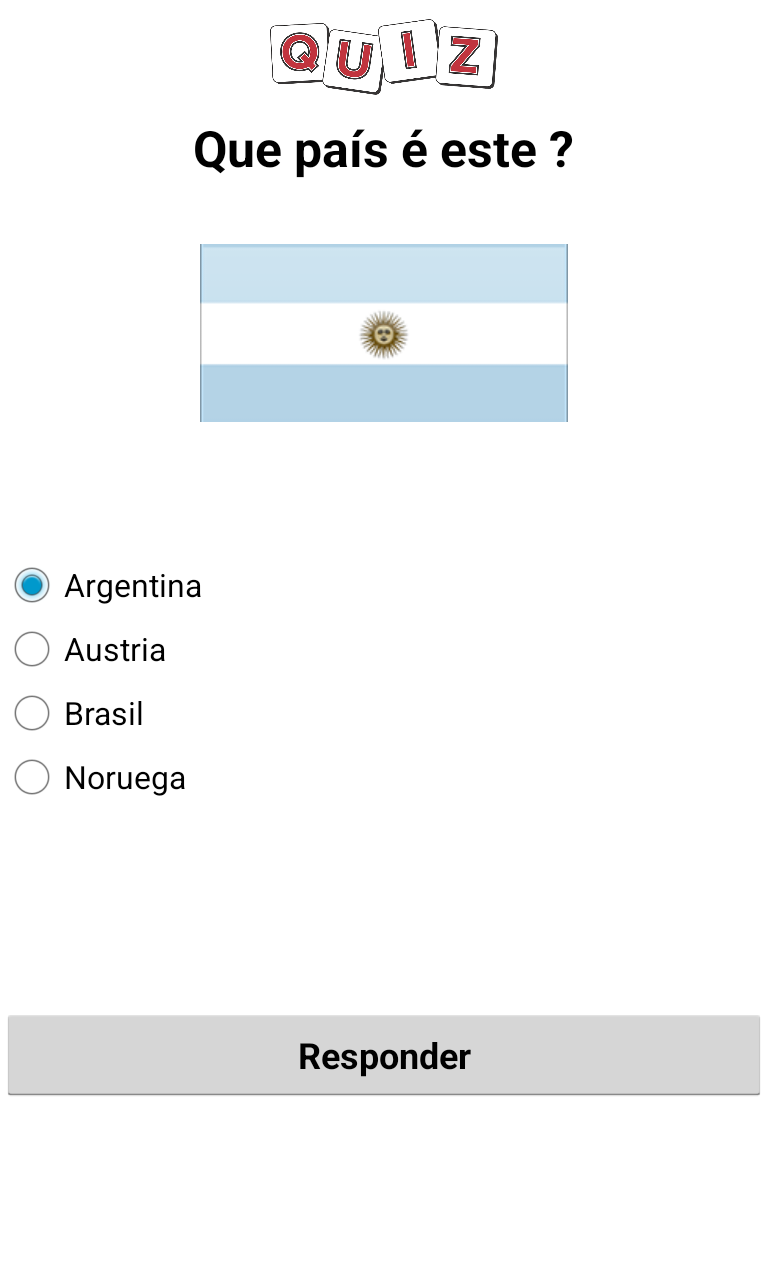
Repository: Rennanxp2/AndroidQuiz
Layout: Quiz Bandeiras Android/Quiz/res/layout/activity_quiz2.xml
These files come from the project's save history. The layout is drawn as it stood at one moment and after the next save; the edit follows.
It is drawn on a 768 x 1280 px phone screen (xhdpi) without system bars, with theme AppTheme; the app's code is not run.

Above is the layout before, as saved 2017-10-22 03:31:54.

### Quiz Bandeiras Android/Quiz/res/layout/activity_quiz2.xml
<LinearLayout xmlns:android="http://schemas.android.com/apk/res/android"
    xmlns:tools="http://schemas.android.com/tools"
    android:id="@+id/LinearLayout1"
    android:layout_width="match_parent"
    android:layout_height="match_parent"
    android:orientation="vertical"
    tools:context="${relativePackage}.${activityClass}" >

    <LinearLayout
        android:layout_width="match_parent"
        android:layout_height="wrap_content"
        android:orientation="vertical" >

        <ImageView
            android:id="@+id/imgResposta"
            android:layout_width="wrap_content"
            android:layout_height="57dp"
            android:src="@drawable/quiz" />
    </LinearLayout>

    <LinearLayout
        android:layout_width="match_parent"
        android:layout_height="wrap_content"
        android:layout_gravity="center"
        android:orientation="vertical" >

        <TextView
            android:id="@+id/txtDesempenho"
            android:layout_width="wrap_content"
            android:layout_height="wrap_content"
            android:layout_gravity="center"
            android:text="Que país é este ?"
            android:textAppearance="?android:attr/textAppearanceLarge"
            android:textSize="25sp"
            android:textStyle="bold" />
    </LinearLayout>

    <Space
        android:layout_width="match_parent"
        android:layout_height="wrap_content" />

    <LinearLayout
        android:layout_width="match_parent"
        android:layout_height="wrap_content"
        android:orientation="vertical" >

        <ImageView
            android:id="@+id/imageView2"
            android:layout_width="184dp"
            android:layout_height="152dp"
            android:layout_gravity="center"
            android:src="@drawable/argentina" />
    </LinearLayout>

    <RelativeLayout
        android:layout_width="match_parent"
        android:layout_height="173dp" >

        <RadioGroup
            android:id="@+id/rgRespostas"
            android:layout_width="wrap_content"
            android:layout_height="wrap_content"
            android:layout_alignParentBottom="true"
            android:layout_alignParentLeft="true"
            android:layout_marginBottom="11dp" >

            <RadioButton
                android:id="@+id/rbResposta1"
                android:layout_width="wrap_content"
                android:layout_height="wrap_content"
                android:checked="true"
                android:text="Argentina" />

            <RadioButton
                android:id="@+id/rbResposta2"
                android:layout_width="wrap_content"
                android:layout_height="wrap_content"
                android:text="Austria" />

            <RadioButton
                android:id="@+id/rbResposta3"
                android:layout_width="wrap_content"
                android:layout_height="wrap_content"
                android:text="Brasil" />

            <RadioButton
                android:id="@+id/rbResposta4"
                android:layout_width="wrap_content"
                android:layout_height="wrap_content"
                android:text="Noruega" />
        </RadioGroup>

    </RelativeLayout>

    <RelativeLayout
        android:layout_width="match_parent"
        android:layout_height="match_parent" >

        <Button
            android:id="@+id/btnResponder"
            android:layout_width="match_parent"
            android:layout_height="wrap_content"
            android:layout_alignParentLeft="true"
            android:layout_centerVertical="true"
            android:text="Responder"
            android:onClick="btnResponderOnClick"
            android:textStyle="bold" />

    </RelativeLayout>

</LinearLayout>

Loaded but not shown: Quiz Bandeiras Android/Quiz/res/values/styles.xml (common file); Quiz Bandeiras Android/Quiz/res/values-v11/styles.xml (common file); Quiz Bandeiras Android/Quiz/res/values-v14/styles.xml (common file)

After the next save:
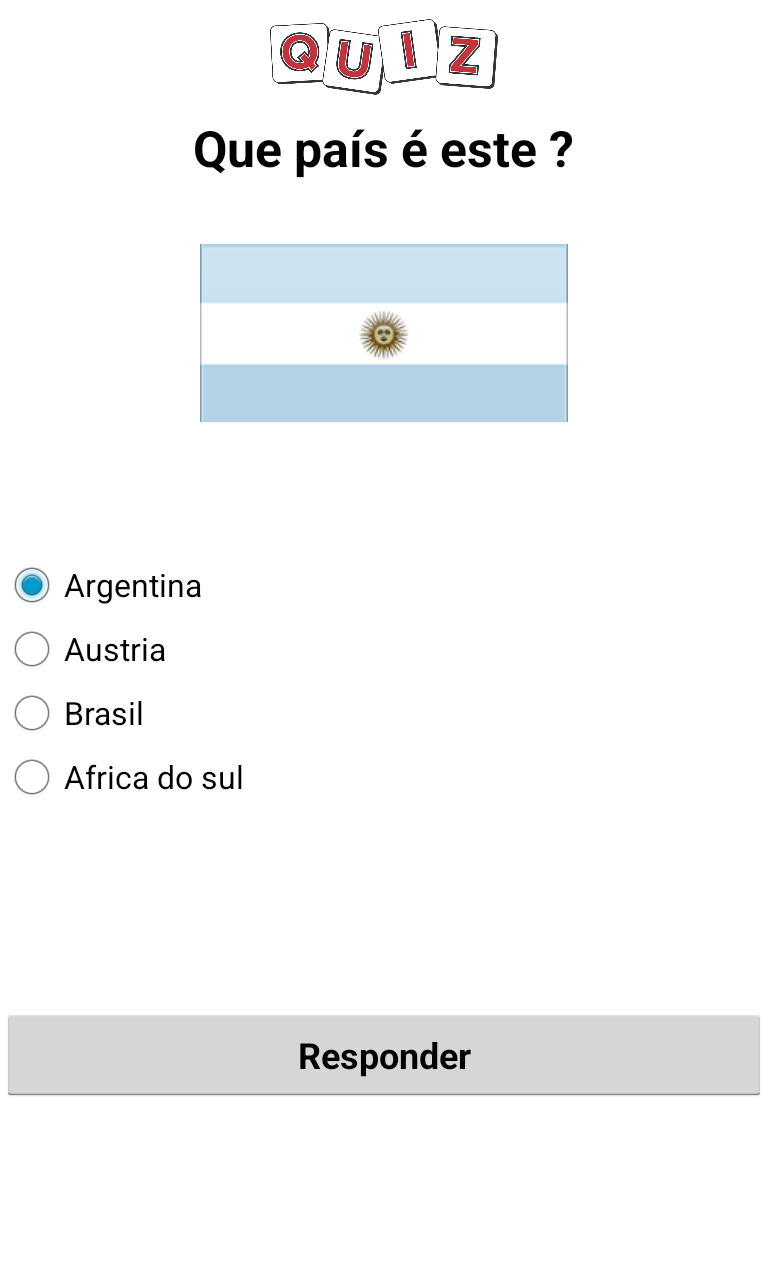
Saved 22 s later.
--- a/Quiz Bandeiras Android/Quiz/res/layout/activity_quiz2.xml
+++ b/Quiz Bandeiras Android/Quiz/res/layout/activity_quiz2.xml
@@ -87,7 +87,7 @@
                 android:id="@+id/rbResposta4"
                 android:layout_width="wrap_content"
                 android:layout_height="wrap_content"
-                android:text="Noruega" />
+                android:text="Africa do sul" />
         </RadioGroup>
 
     </RelativeLayout>
